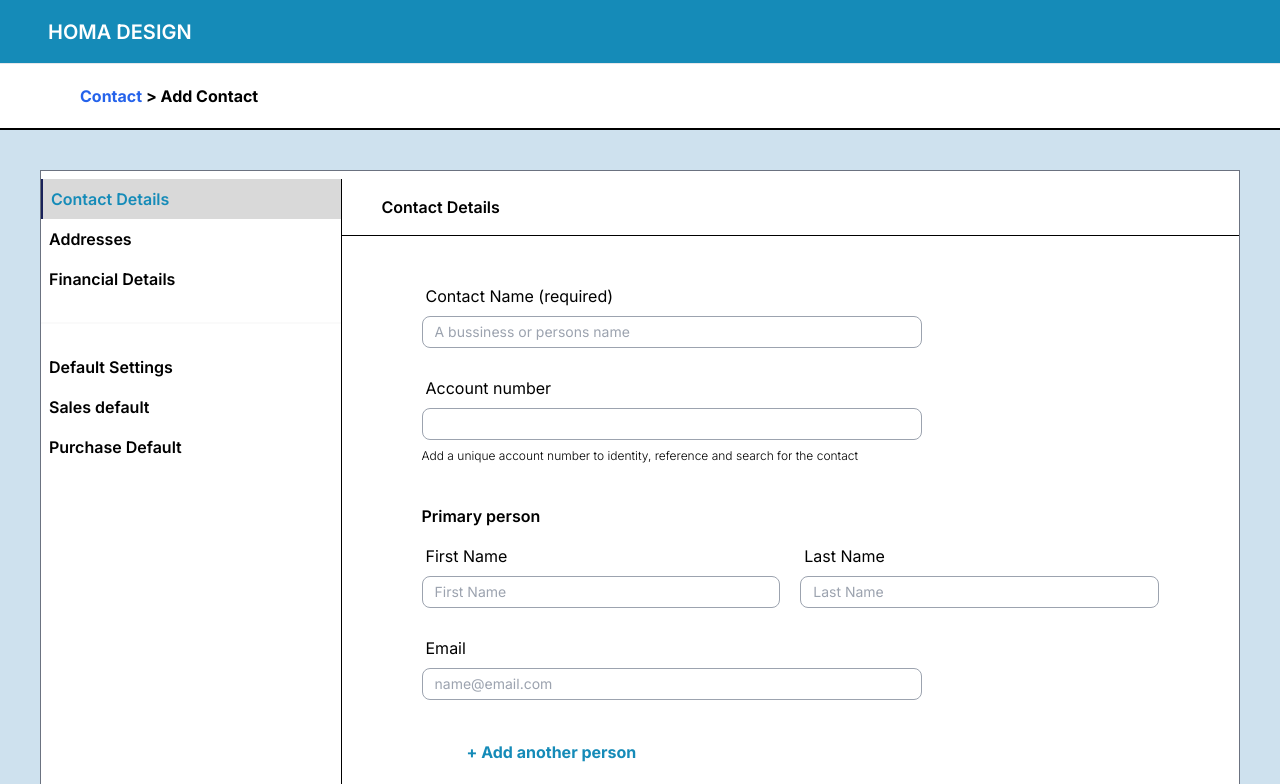
Repository: khairul35/homa-FE
Page: /contact
An editor plug-in stored every save of this project. The page is shown before and after the next save, followed by the edit.
The browser window is 1280 px wide. The pictures show the whole page.
An inner scrolling area shows only its first screen. The project was rebuilt for these pictures with package versions that can differ from the ones it lists, and the page was loaded fresh each time. The framework's server and built-in components were replaced by stand-ins that run in the browser. Also part of the build but not shown: next.config.js, app/components/layout/header/BusinessMenu.tsx, app/components/layout/header/CompanyMenu.tsx, app/contact/index.component.tsx, app/contact/form/address/index.module.css, app/contact/form/address/index.component.tsx, app/contact/form/address/index.tsx.

Above is the page before, as saved 2024-01-07 09:49:33.

### app/layout.tsx
import type { Metadata } from 'next'
import { Inter } from 'next/font/google'
import Header from './components/layout/Header';
import './globals.css'

const inter = Inter({ subsets: ['latin'] })

export const metadata: Metadata = {
  title: 'MyAccount2U',
  description: 'Accounting System',
}

export default function RootLayout({
  children,
}: {
  children: React.ReactNode
}) {
  return (
    <html lang="en">
      <body className={inter.className}>
        <div className='flex flex-col h-screen'>
          <Header />
          {children}
        </div>
      </body>
    </html>
  )
}

### app/contact/page.tsx
'use client';
import { useState } from 'react';
import { ComponentProps, Contact } from './index.props';
import Component from './index.component';
import ContactForm from './form';
import { FormProps } from './form/index.props';

const emptySelectedContact: Contact = {
    id: null,
    name: '',
    accountNumber: '',
    youOwe: null,
    theyOwe: null,
    status: 'Active',
    type: 'Customers',
    website: null,
    registrationNumber: null,
    notes: null,
    isBillingSameAsDelivery: false,
    organizationId: null,
    contactPhoneNumber: [
        {
            countryCode: '+60',
            number: '',
        },
    ],
    contactPrimaryPerson: [
        {
            firstName: '',
            lastName: '',
            email: '',
        },
    ],
};

const Contact = () => {
    const [currentTab, setCurrentTab] = useState('all');
    const [show, setShow] = useState<'list'|'form'>('form');
    const [selectedContact, setSelectedContact] = useState<Partial<Contact>>(emptySelectedContact)
    const selectedStyle = {
        backgroundColor: '#ECECEC',
        borderBottom: '3px solid #158BB8',
    };

    const onClickAddContact = () => {
        setSelectedContact(emptySelectedContact)
        setShow('form');
    };

    // Function to handle changes in contact name or account number
    const handleContactChange = (e: React.ChangeEvent<HTMLInputElement>) => {
        const { name, value } = e.target;
        setSelectedContact({
            ...selectedContact,
            [name]: value,
        });
    };

    // Function to handle changes in primary person's details
    const handlePrimaryPersonChange = (index: number, field: string, value: string) => {
        const updatedPrimaryPersons = [...(selectedContact?.contactPrimaryPerson || [])];
        updatedPrimaryPersons[index] = {
            ...updatedPrimaryPersons[index],
            [field]: value,
        };
        setSelectedContact({
            ...selectedContact,
            contactPrimaryPerson: updatedPrimaryPersons,
        });
    };

    // Function to handle changes in phone number details
    const handlePhoneNumberChange = (index: number, field: string, value: string) => {
        const updatedPhoneNumbers = [...(selectedContact?.contactPhoneNumber || [])];
        updatedPhoneNumbers[index] = {
            ...updatedPhoneNumbers[index],
            [field]: value,
        };
        setSelectedContact({
            ...selectedContact,
            contactPhoneNumber: updatedPhoneNumbers,
        });
    };

    const onSaveDetail = () => {
        console.log(selectedContact);
    };

    const onCancel = () => {
        setShow('list');
    };

    const componentProps: ComponentProps = {
        currentTab,
        selectedStyle,
        setCurrentTab,
        onClickAddContact
    };

    const contactFormProps: FormProps = {
        selectedContact,
        setSelectedContact,
        setShow,
        handleContactChange,
        handlePrimaryPersonChange,
        handlePhoneNumberChange,
        onSaveDetail,
        onCancel,
    };

    if (show == 'list') {
        return (<Component {...componentProps} />);
    }
    if (show == 'form') {
        return (<ContactForm {...contactFormProps} />);
    }
    return(<></>);
};

export default Contact;

### app/contact/form/index.tsx
'use client';

import { useState } from "react";
import Component from "./index.component";
import { ComponentProps, FormProps } from "./index.props";

const ContactForm = (props: FormProps) => {
    const {
        selectedContact,
        setShow,
        setSelectedContact,
        handleContactChange,
        handlePrimaryPersonChange,
        handlePhoneNumberChange,
        onSaveDetail,
        onCancel,
    } = props;

    const [menu, setMenu] = useState<string>('details');

    const onBack = () => {
        setShow('list');
    };

    const addAnotherPerson = () => {
        const arr = selectedContact?.contactPrimaryPerson || [];
        arr.push({
            firstName: '',
            lastName: '',
            email: '',
        });
        const updatedDetail = {
            ...selectedContact,
            ...arr
        };
        setSelectedContact(updatedDetail);
    };

    const addPhoneNumber = () => {
        const arr = selectedContact?.contactPhoneNumber || [];
        arr.push({
            countryCode: '+60',
            number: '',
        });
        const updatedDetail = {
            ...selectedContact,
            ...arr
        };
        setSelectedContact(updatedDetail);
    };
    const componentProps: ComponentProps = {
        menu,
        selectedContact,
        addAnotherPerson,
        addPhoneNumber,
        setMenu,
        onBack,
        handleContactChange,
        handlePrimaryPersonChange,
        handlePhoneNumberChange,
        onSaveDetail,
        onCancel,
    };

    return (<Component {...componentProps} />)
};

export default ContactForm;

### api/organization/index.ts
import repository from "../repository";
import { CreateOrganizationProps, UpdateOrganizationProps } from "./props";

const resource = '/api/organization';

const api = {
    findMyOrganization() {
        return repository.get(`${resource}/me`);
    },
    findMyOrganizations() {
        return repository.get(`${resource}/me/all`);
    },
    createOrganization(body: CreateOrganizationProps) {
        return repository.post(`${resource}`, body);
    },
    updateOrganization(body: UpdateOrganizationProps) {
        return repository.put(`${resource}`, body);
    },
    updateCurrentOrganization(organizationId: number) {
        return repository.put(`${resource}/current-organization/${organizationId}`);
    },
};

export default api;

### api/repository.ts
import axios from 'axios';
import AuthRepository from './auth';

const repository = axios.create({
    baseURL: 'http://localhost:3000',
});

// Request interceptor to add Bearer token to outgoing requests
repository.interceptors.request.use(
    (config) => {
        const accessToken = localStorage.getItem('accessToken');
        if (accessToken) {
            config.headers.Authorization = `Bearer ${accessToken}`;
        }
        return config;
    },
    (error) => {
        return Promise.reject(error);
    }
);

let isRefreshing = false;
let failedQueue: any = [];

// Function to refresh the session and retry failed requests
async function retryFailedRequests(error: any) {
    if (isRefreshing) {
        try {
            const { data } = await AuthRepository.refreshToken();
            localStorage.setItem('accessToken', data.accessToken);
            localStorage.setItem('refreshToken', data.refreshToken);
            localStorage.setItem('isLogin', 'true');
            failedQueue.forEach((prom: any) => {
                prom.resolve(repository(prom.originalRequest));
            });
            failedQueue = [];
        } catch (error) {
            localStorage.setItem('isLogin', 'false');
            window.location.href = '/login';
            failedQueue.forEach((prom: any) => {
                prom.reject(error);
            });
            failedQueue = [];
        } finally {
            isRefreshing = false;
        }
    }
}

// Response interceptor to handle failed requests due to expired tokens
repository.interceptors.response.use(
    (response) => response,
    async (error) => {
        const {
            config,
            response: { status },
        } = error;

        if (status === 401) {
            const originalRequest = config;
            if (!isRefreshing) {
                isRefreshing = true;
                return new Promise((resolve, reject) => {
                    failedQueue.push({ resolve, reject, originalRequest });
                    retryFailedRequests(error);
                }).then((res) => {
                    return res;
                }).catch((err) => {
                    return Promise.reject(err);
                });
            } else {
                return new Promise((resolve, reject) => {
                    failedQueue.push({ resolve, reject, originalRequest });
                }).then((res) => {
                    return res;
                }).catch((err) => {
                    return Promise.reject(err);
                });
            }
        }
        return Promise.reject(error.response);
    }
);

export default repository;

### app/contact/form/index.module.css
.selectedMenu {
    background: #D9D9D9;
    color: #158BB8;
    border-left: 2px solid #192159 !important;
}

.menu:hover {
    background: #ececec;
    color: #158BB8;
    border-left: 2px solid #192059a1 !important;
}

.leftDivider {
    border-left: 1px solid #000;
}

### app/contact/form/contact-details/index.tsx
'use client';
import Component from "./index.component";
import { ComponentProps, ContactDetailProps } from "./index.props";

const ContactDetails = (props: ContactDetailProps) => {
    const {
        contact,
        addAnotherPerson,
        addPhoneNumber,
        handleContactChange,
        handlePrimaryPersonChange,
        handlePhoneNumberChange,
        onSaveDetail,
        onCancel,
    } = props;

    const componentProps: ComponentProps = {
        contact,
        addAnotherPerson,
        addPhoneNumber,
        handleContactChange,
        handlePrimaryPersonChange,
        handlePhoneNumberChange,
        onSaveDetail,
        onCancel,
    };

    return (<Component {...componentProps} />)
};

export default ContactDetails;

### api/auth.ts
import repository from "./repository";

const resource = "/api/auth";

const api = {
    login(username: string, password: string) {
        return repository.post(
            `${resource}/login`,
            { username, password },
        );
    },
    refreshToken() {
        return repository.post(
            `${resource}/refreshToken`,
            { refreshToken: localStorage.getItem('refreshToken') },
        );
    },
    logout() {
        return repository.post(`${resource}/logout`);
    },
    logoutAllDevice() {
        return repository.post(`${resource}/logout/all-device`);
    },
};

export default api;

### app/contact/form/contact-details/index.component.tsx
import { ComponentProps } from "./index.props";
import styles from './index.module.css';
import countries from '@/constant/Country.json';
import { ContactPhoneNumber, ContactPrimaryPerson } from "../../index.props";

const Component = (props: ComponentProps) => {
    const {
        contact,
        addAnotherPerson,
        addPhoneNumber,
        handleContactChange,
        handlePrimaryPersonChange,
        handlePhoneNumberChange,
        onSaveDetail,
        onCancel,
    } = props;

    const labelClass = "input-sm input input-bordered  bg-white border-gray-400 w-full md:w-[500px]"

    return (
        <div>
            <h2 className="p-4 pl-10 font-semibold">Contact Details</h2>
            <div className={styles.divider}></div>
            <div className="p-5 lg:pl-20 lg:pr-20">
                <form method="dialog">
                    <label className="label mt-5">Contact Name (required)</label>
                    <input
                        placeholder="A bussiness or persons name"
                        className={labelClass}
                        value={contact?.name || ''}
                        onChange={handleContactChange}

                    />
                    <label className="label mt-5">Account number</label>
                    <input
                        placeholder=""
                        className={labelClass}
                        value={contact?.accountNumber || ''}
                        onChange={handleContactChange}
                    />
                    <p className="text-xs font-light pt-2">
                        Add a unique account number to identity, reference and search for the contact
                    </p>
                    <h2 className="pt-10 font-semibold">Primary person</h2>
                    {(contact?.contactPrimaryPerson || []).map((primaryPerson: ContactPrimaryPerson, index: number) => {
                        return (<>
                            <div className="flex flex-wrap justify-center md:justify-start gap-5">
                                {/* First Name */}
                                <div className="w-full md:w-[calc(50%-10px)]">
                                    <label className="label mt-2">First Name</label>
                                    <input
                                        type="text"
                                        placeholder="First Name"
                                        className="input-sm input input-bordered bg-white border-gray-400 w-full"
                                        value={primaryPerson?.firstName || ''}
                                        onChange={(e) => handlePrimaryPersonChange(index, 'firstName', e.target.value)}
                                    />
                                </div>

                                {/* Last Name */}
                                <div className="w-full md:w-[calc(50%-10px)]">
                                    <label className="label mt-2">Last Name</label>
                                    <input
                                        type="text"
                                        placeholder="Last Name"
                                        className="input-sm input input-bordered bg-white border-gray-400 w-full"
                                        value={primaryPerson?.lastName || ''}
                                        onChange={(e) => handlePrimaryPersonChange(index, 'lastName', e.target.value)}
                                    />
                                </div>
                            </div>
                            <label className="label mt-5">Email</label>
                            <input
                                placeholder="name@email.com"
                                className={labelClass}
                                value={primaryPerson?.lastName || ''}
                                onChange={(e) => handlePrimaryPersonChange(index, 'email', e.target.value)}
                            />
                        </>)
                    })}
                    <div className="p-10">
                        <a className={styles.addAnotherPersonAnchor} onClick={addAnotherPerson}>
                            + Add another person
                        </a>
                    </div>
                    <h2 className="pt-10 font-semibold">Business information</h2>
                    {
                        (contact?.contactPhoneNumber || []).map((phoneNumber: ContactPhoneNumber, index: number) => {
                            return (<>
                                <label className="label mt-5">Phone number</label>
                                <select
                                    placeholder="Country Code"
                                    className="input-sm input input-bordered  bg-white border-gray-400 w-full md:w-[200px]"
                                    value={phoneNumber?.countryCode || ''}
                                    onChange={(e) => handlePhoneNumberChange(index, 'countryCode', e.target.value)}

                                >
                                    <option disabled value="">Country Code</option>
                                    {
                                        countries.map((e) =>(
                                            <option key={e.isoCode} value={e.dialling_code}>
                                                {e.dialling_code} ({e.name})
                                            </option>
                                        ))
                                    }
                                </select>
                                <input
                                    type="text"
                                    placeholder="Phone number"
                                    className="input-sm input input-bordered bg-white border-gray-400 w-full md:w-[290px] ml-2"
                                    value={phoneNumber?.number}
                                    onChange={(e) => handlePhoneNumberChange(index, 'number', e.target.value)}

                                />
                            </>)
                        })
                    }
                    <div className="p-10">
                        <a className={styles.addAnotherPersonAnchor} onClick={addPhoneNumber}>
                            + Add phone number
                        </a>
                    </div>
                    <label className="label mt-5">Website</label>
                    <input
                        placeholder=""
                        className={labelClass}
                        onChange={handleContactChange}
                    />
                    <label className="label mt-5">Business registration</label>
                    <input
                        placeholder=""
                        className={labelClass}
                        onChange={handleContactChange}
                    />
                    <label className="label mt-5">Notes</label>
                    <input
                        placeholder=""
                        className={labelClass}
                        onChange={handleContactChange}
                    />
                    <p className="text-xs font-light pt-2">
                        Notes can only be viewed by people in your organisaton
                    </p>
                    <div className="divider"></div>
                    <div>
                        <button
                            className="btn btn-primary btn-sm"
                            onClick={onSaveDetail}
                        >
                            Save & Close
                        </button>
                        <button
                            className="btn ml-1 btn-sm"
                            onClick={onCancel}
                        >
                            Cancel
                        </button>
                    </div>
                </form>
            </div>
        </div>
    );
};

export default Component;

### app/contact/form/contact-details/index.module.css
.divider {
    border-bottom: 1px solid #000;
}

.addAnotherPersonAnchor {
    color: #158BB8;
    padding: 5px;
    margin-top: 20px;
    cursor: pointer;
    font-weight: bold;
}

### tailwind.config.ts
import type { Config } from 'tailwindcss'

const config: Config = {
  content: [
    './pages/**/*.{js,ts,jsx,tsx,mdx}',
    './components/**/*.{js,ts,jsx,tsx,mdx}',
    './app/**/*.{js,ts,jsx,tsx,mdx}',
  ],
  theme: {
    extend: {
      backgroundImage: {
        'gradient-radial': 'radial-gradient(var(--tw-gradient-stops))',
        'gradient-conic':
          'conic-gradient(from 180deg at 50% 50%, var(--tw-gradient-stops))',
      },
      backgroundColor: {
        'bg-color': '#CEE1EE', // Define a custom background color class
      },
      button: {
        'primary': '#158BB8',
      },
      fontWeight: {
        'label': '600',
      },
    },
  },
  plugins: [require("daisyui")],
  daisyui: {
    themes: [
      {
        mytheme: {
          "primary": "#158BB8",
          "secondary": "#d926a9",
          "accent": "#1fb2a6",
          "neutral": "#2a323c",
          "base-100": "#1d232a",
          "info": "#3abff8",
          "success": "#36d399",
          "warning": "#fbbd23",
          "error": "#f87272",
        },
      },
    ],
  },
}
export default config

Loaded but not shown: app/globals.css (common file); constant/Country.json (4142 lines, source omitted); app/components/layout/Header.tsx (150 lines, source omitted); app/contact/form/index.component.tsx (145 lines, source omitted)

After the next save:
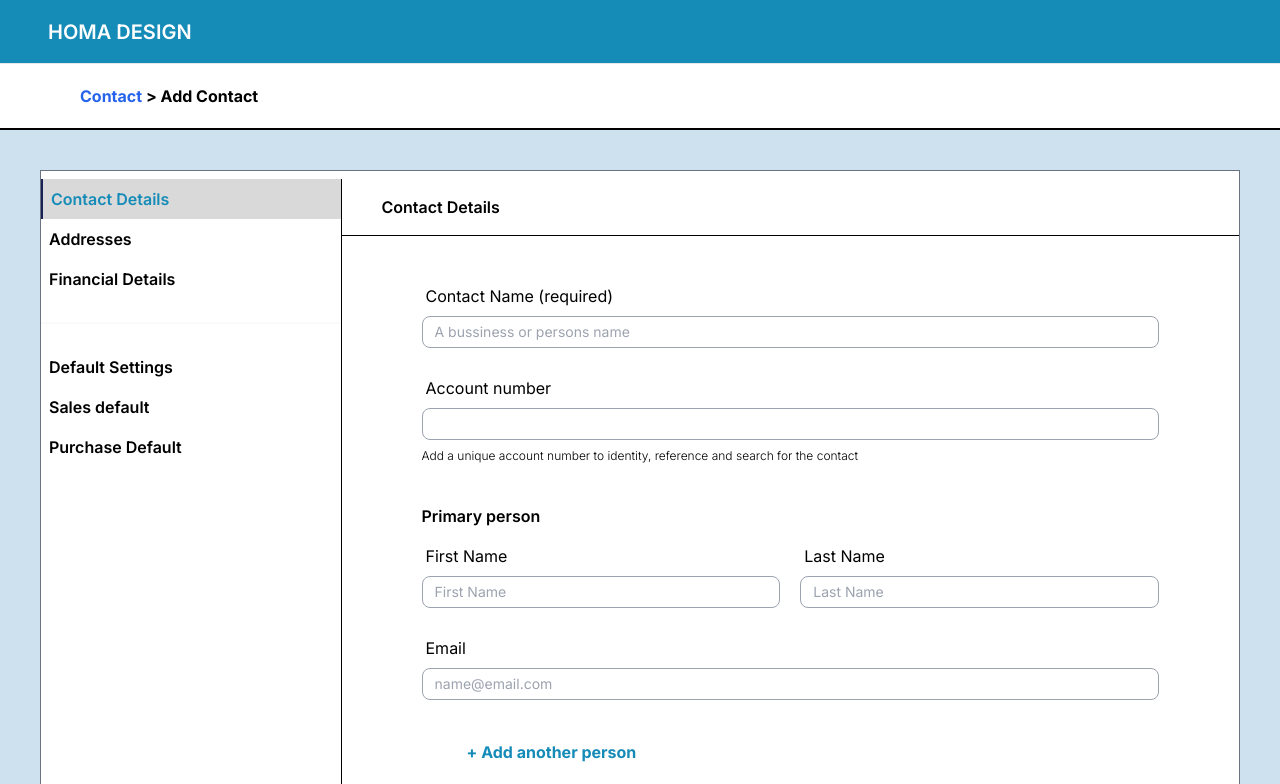
Saved 17 s later.
--- a/app/contact/form/contact-details/index.component.tsx
+++ b/app/contact/form/contact-details/index.component.tsx
@@ -15,7 +15,7 @@ const Component = (props: ComponentProps) => {
         onCancel,
     } = props;
 
-    const labelClass = "input-sm input input-bordered  bg-white border-gray-400 w-full md:w-[500px]"
+    const labelClass = "input-sm input input-bordered  bg-white border-gray-400 w-full"
 
     return (
         <div>
